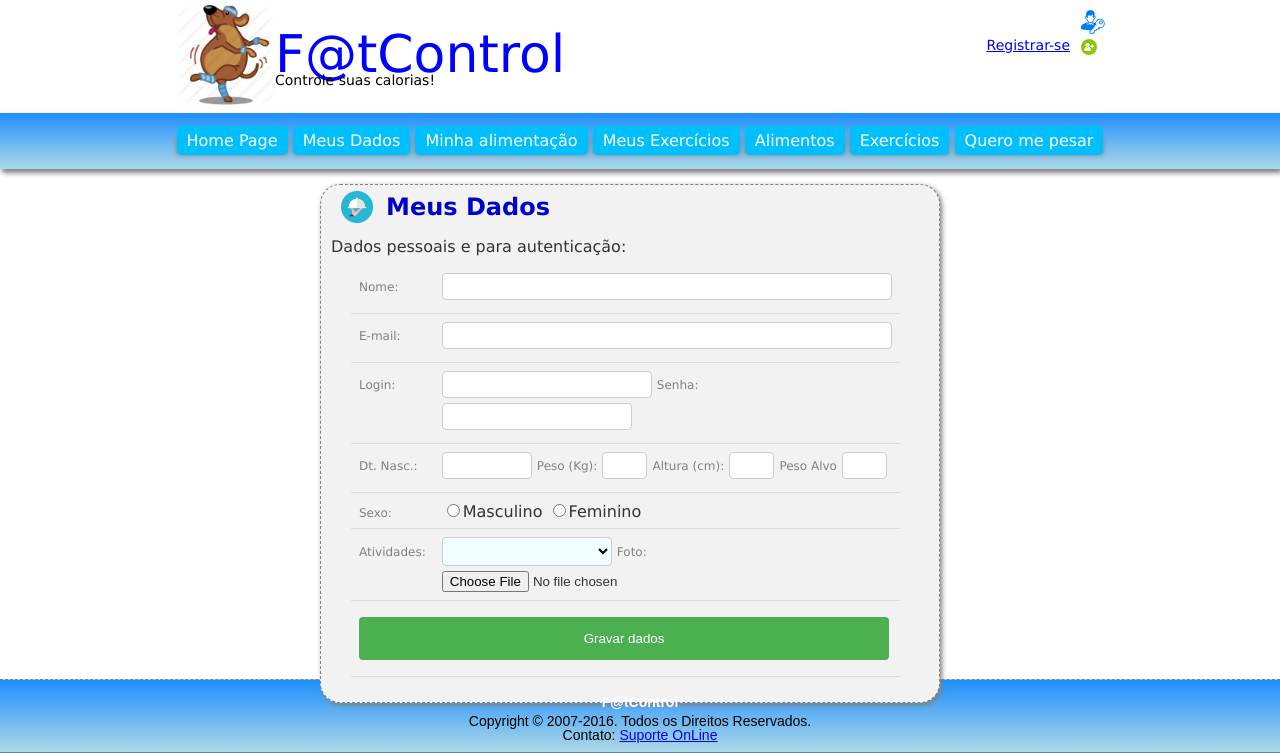
Repository: vinicius-colutti/FatControl-JavaWeb-Project
Page: http://localhost/Final/cadastro.jsp
An editor plug-in stored every save of this project. The page is shown before and after the next save, followed by the edit.
The browser window is 1280 px wide. The pictures show the whole page.
The page is served by Tomcat 9. Queries for data that is not in the repository find no rows.

Above is the page before, as saved 2016-12-04 00:31:59.

After the next save:
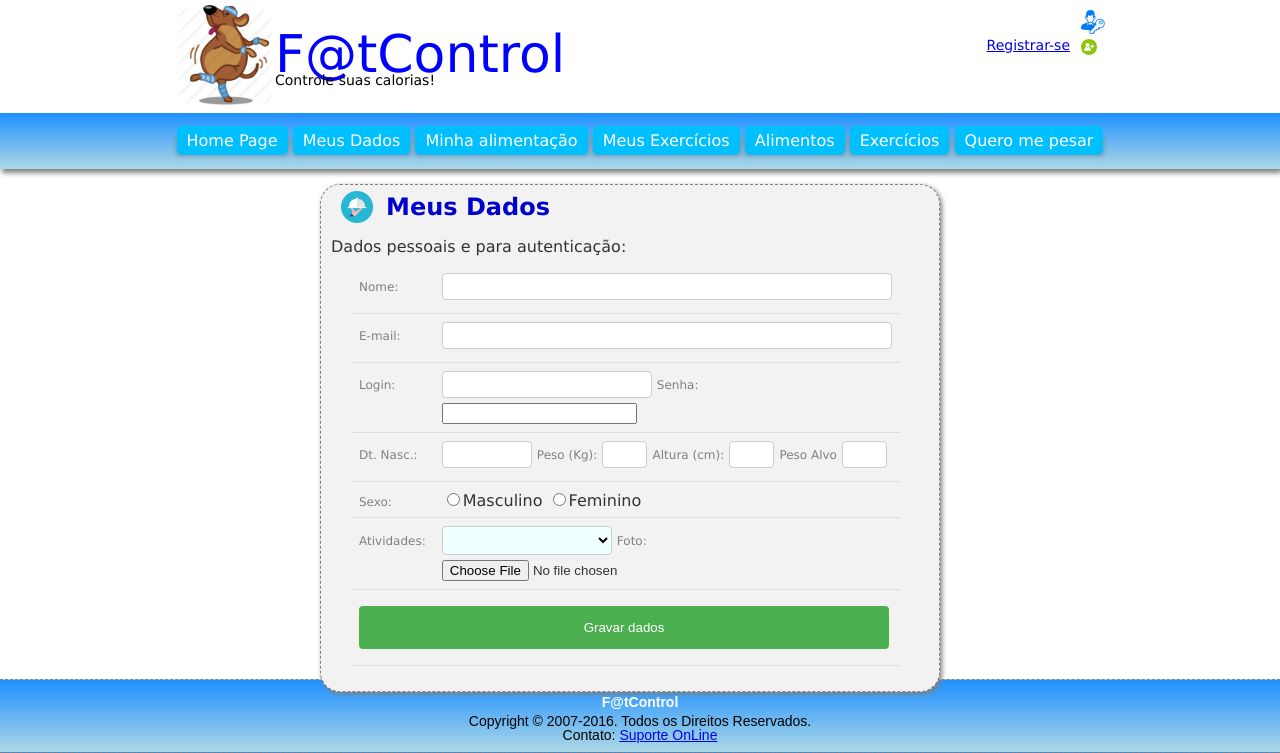
Saved 118 s later.
--- a/jee/Final/WebContent/cadastro.jsp
+++ b/jee/Final/WebContent/cadastro.jsp
@@ -1,25 +1,46 @@
-<%@page import="br.com.fatcontrol.DAO.AtividadeDAO"%>
-<%@page import="br.com.fatcontrol.model.Atividade"%>
-<%@page import="java.util.List"%>
-<%@page import="java.sql.Connection"%>
-<%@ page language="java" contentType="text/html; charset=ISO-8859-1"
-    pageEncoding="ISO-8859-1"%>
+
 
 <!DOCTYPE html>
 <html>
 	<head>
-	<%
-		AtividadeDAO atividade = new AtividadeDAO();
-		List<Atividade> listaAtividade  = atividade.listarAtividade();
 
-	%>
 		<meta http-equiv="Content-Type" content="text/html; charset=ISO-8859-1">
 		<title>Cadastrar-se</title>
 		<link rel="stylesheet" href="css/reset.css">
 		<link rel="stylesheet" href="css/estilo.css">
 	</head>
 		<!-- HEADER -->
-		<%@include file="header.jsp"%>
+		<div class="container">
+			<div style="padding-left: 5px; padding-right: 5px">
+				<header>
+					<h1>
+						<img alt="FatControl" src="images/logo2.png" width="100"
+							height="100">
+					</h1>
+					<p class="logo">F@tControl</p>
+					<p class="subtitulo">Controle suas calorias!</p>
+					<p class="login">
+
+						<!--  <a href="#">Login</a>-->
+					</p>
+					<p class="registrar">
+						<a href="cadastro.jsp">Registrar-se</a>
+					</p>
+				</header>
+			</div>
+		</div>
+
+<nav class="menu-sup">
+	<ul>
+		<li><a href="index.jsp">Home Page</a></li>
+		<li><a href="meusdados.jsp">Meus Dados</a></li>
+		<li><a href="minhaalimentacao.jsp">Minha alimentação</a></li>
+		<li><a href="#">Meus Exercícios</a></li>
+		<li><a href="alimentos.jsp">Alimentos</a></li>
+		<li><a href="#">Exercícios</a></li>
+		<li><a href="#">Quero me pesar</a></li>
+	</ul>
+</nav>
 		<!-- FIM HEADER -->
 
 		<body>
@@ -48,7 +69,7 @@
 									<tr>
 										<td><label for="txtLogin">Login:</label></td>
 										<td><input  type="text" name="txtLogin" style="width: 210px;"> <label for="txtSenha">Senha:</label>
-												<input  type="text" name="txtSenha" style="width: 190px;"></td>
+												<input  type="password" name="txtSenha" style="width:187px;"></td>
 									</tr>
 
 									<tr>
@@ -81,11 +102,7 @@
 										<td><label for="cbAtividades">Atividades:</label></td>
 										<td><select name="idAtividade" style="width: 170px; background-color: #F0FFFF;">
 
-													<%
-														for (int i = 0; i < listaAtividade.size() ; i++){
-															out.print("<option value='" + listaAtividade.get(i).getIdAtividade() + "'>" + listaAtividade.get(i).getDescricao() + "</option>");
-														}
-													%>
+
 												</select>
 												<label for="txtFoto">Foto:</label> <input type="file" name="txtFoto" style="width: 240px;"></td>
 									</tr>
@@ -104,7 +121,13 @@
 		</div>
 		<!-- FIM CONTEÚDO -->
 		<!-- RODAPÉ -->
-		<%@include file="footer.jsp"%>
+			<div class="rodape">
+				<footer>
+					<p style="color:white; font-weight: bold; margin-bottom: 5px;">F@tControl</p>
+					<p>Copyright © 2007-2016. Todos os Direitos Reservados.</p>
+					<p style="margin-bottom: 10px;">Contato: <a href="mailto:suporte@afinasoft.com.br">Suporte OnLine</a></p>
+				</footer>
+	        </div>
 		<!-- FIM RODAPÉ -->
 
 		</body>
